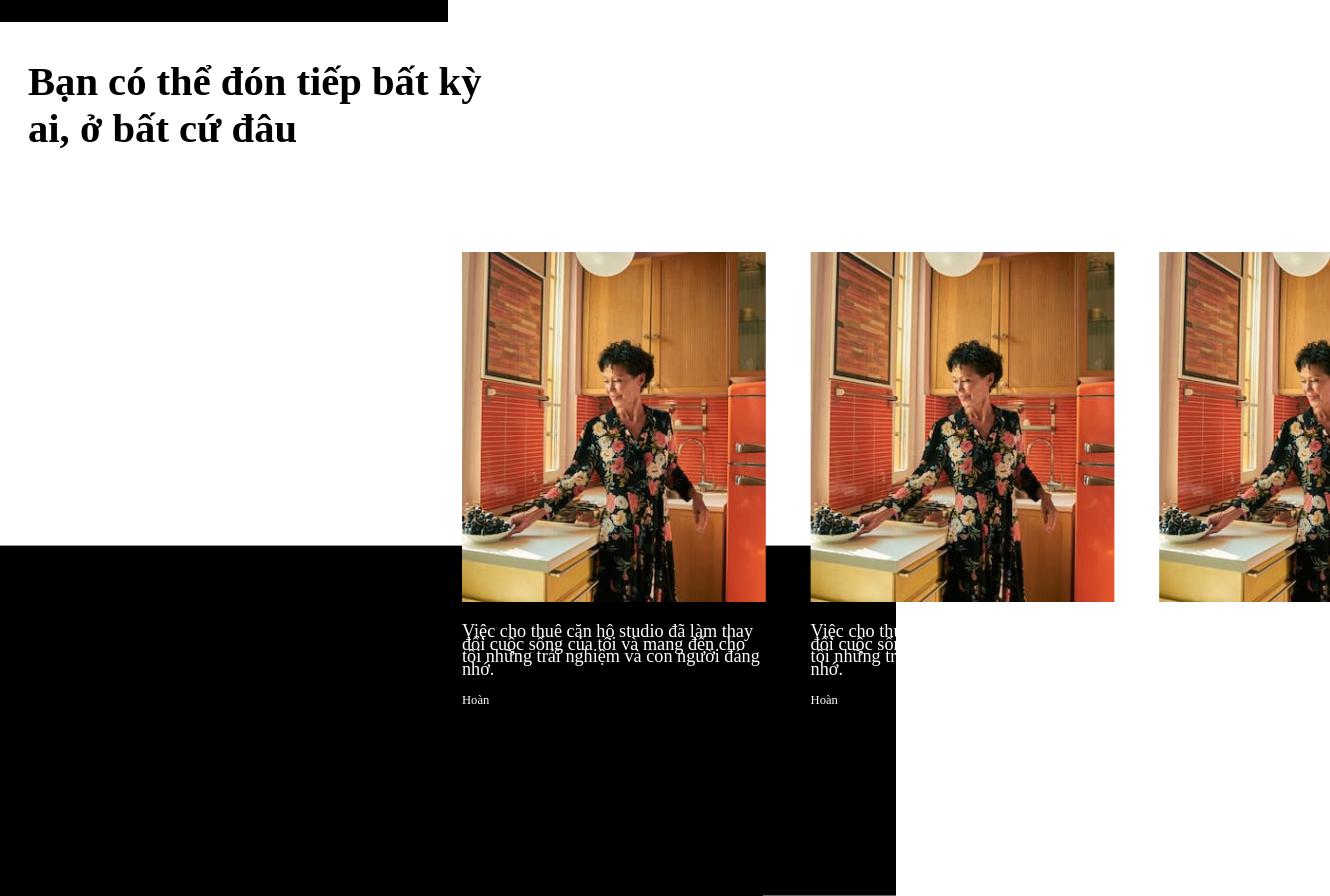
Repository: HoanTiny/AirbnbClone
Page: page3.html
The author's editor kept a copy of each file at every save. The page is drawn from the files as they stood at one save, then again after the next save.
The browser window is 1280 px wide. The page is 1900 px wide, so the pictures cover 1900 px, including what lies to the right of the window. The pictures show the part of the page from y = 688 to 1968 px (the page is 1968 px tall), at 70% of full size.
Pictures or frames that could not be fetched are drawn as grey boxes.

Above is the page before, as saved 2021-09-13 11:29:15.

After the next save:
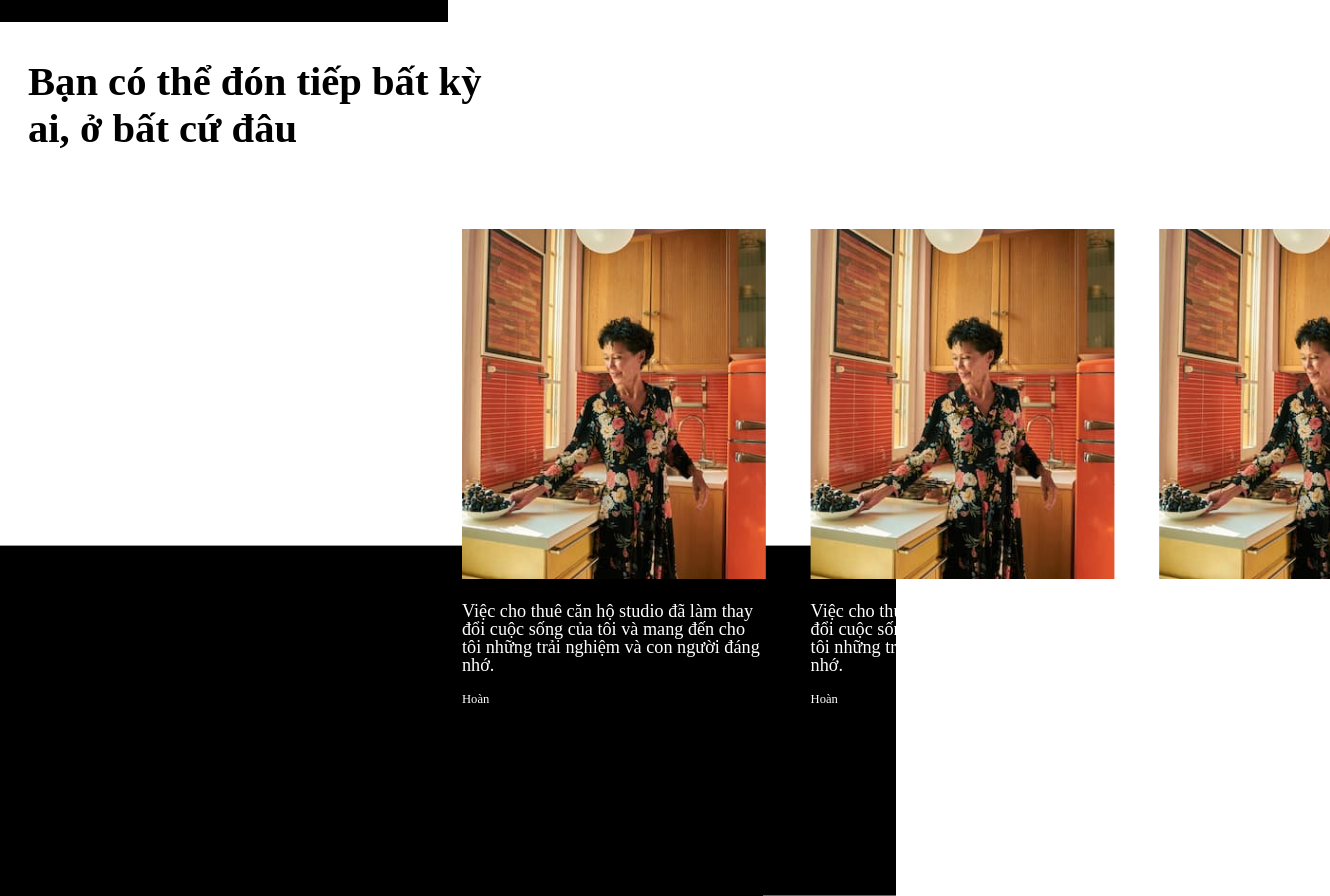
Saved 8 s later.
--- a/acess/css/mainpage3.css
+++ b/acess/css/mainpage3.css
@@ -115,6 +115,7 @@ body {
 .home__img-text {
     color: var(--white-color);
     font-size: 2.6rem;
+    line-height: 2.6rem;
 }
 
 .home__img-text-end {
